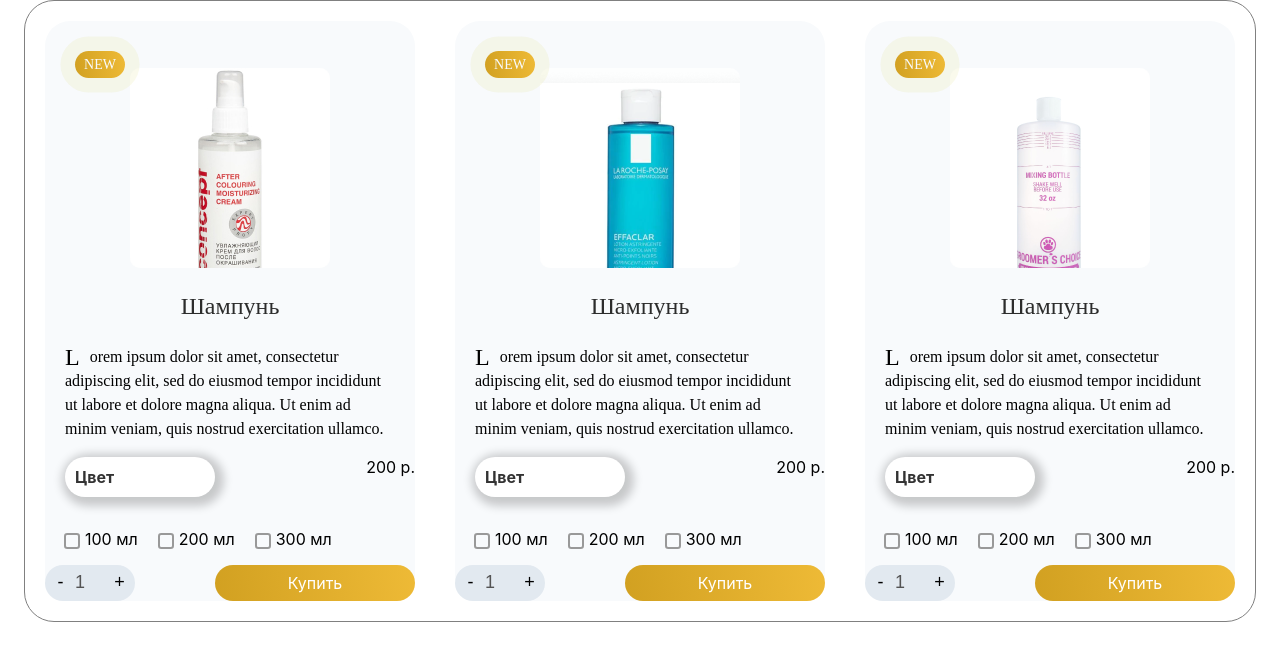
Repository: MiroslavWise/shamptu
Page: /
An editor plug-in stored every save of this project. The page is shown before and after the next save, followed by the edit.
The browser window is 1280 px wide. The pictures show the whole page.
The project was rebuilt for these pictures with package versions that can differ from the ones it lists, and the page was loaded fresh each time. Also part of the build but not shown: src/App.css.

Above is the page before, as saved 2022-02-17 18:02:24.

### public/index.html
<!DOCTYPE html>
<html lang="en">
  <head>
    <meta charset="utf-8" />
    <meta name="viewport" content="width=device-width, initial-scale=1" />
    <meta name="theme-color" content="#000000" />
    <meta
      name="description"
      content="Web site created using create-react-app"
    />
    <link rel="manifest" href="%PUBLIC_URL%/manifest.json" />

    <title>React App</title>
  </head>
  <body>
    <noscript>You need to enable JavaScript to run this app.</noscript>
    <div id="root"></div>
  </body>
</html>

### src/index.css
body {
  margin: 0;
  font-family: -apple-system, BlinkMacSystemFont, 'Segoe UI', 'Roboto', 'Oxygen',
    'Ubuntu', 'Cantarell', 'Fira Sans', 'Droid Sans', 'Helvetica Neue',
    sans-serif;
  -webkit-font-smoothing: antialiased;
  -moz-osx-font-smoothing: grayscale;
  display: flex;
  align-items: center;
  justify-content: center;
}

code {
  font-family: source-code-pro, Menlo, Monaco, Consolas, 'Courier New',
    monospace;
}

### src/App.js

import 'App.css';
import Items from 'components/Items';

function App() {
  return (
   <Items />
  );
}

export default App;

### src/components/Items.jsx
import jpg from 'picture/1.jpg'
import png2 from 'picture/2.png'
import png3 from 'picture/3.png'

import './style.css'
import SpamItem from './items/SpamItem'
const Items = () => {
    return (
        <div className="big__container">
            <SpamItem image={jpg}/>
            <SpamItem image={png2}/>
            <SpamItem image={png3}/>
        </div>
    )
}

export default Items

### src/components/style.css
.big__container {
    display: grid;
    grid-template-columns: repeat(3, 1fr);
    background: #FFFFFF;
    border-radius: 30px;
    border: 1px gray solid;
}

### src/components/items/SpamItem.jsx

import { useState, useEffect } from 'react'
import './style.css'
import DropDown from './DropDown'


const ShamItem = ({image}) => {
    const [selected, setSelected] = useState('Цвет')

    const [prise, setPrise] = useState(200)
    const [total, setTotal] = useState(1)
    const [volume, setVolume] = useState(100)

    useEffect(()=>{
        setPrise((volume*2)*total)
    }, [volume, total])
    console.log(prise)
    console.log(volume)
    return (
        <div className="container">
            <div className='container-flex'>
            <div className='new'>NEW</div>
            <div className='image-line'>
                <div className='image'>
                    <img src={image} alt='qwer'/>
                </div>
            </div>
            </div>
            <p className='text'>Шампунь</p>
            <p className='text_about'>Lorem ipsum dolor sit amet, consectetur adipiscing elit, sed do eiusmod tempor incididunt ut labore et dolore magna aliqua. Ut enim ad minim veniam, quis nostrud exercitation ullamco.</p>
            <div className='block-info'>
                <div className='col-pri'>
                    <DropDown selected={selected} setSelected={setSelected} />
                    <div className='prise'>{prise} р.</div>
                </div>
                <div className='volume'></div>
                <form>
                        <fieldset>
                                <input className='radio' type="radio" id="contactChoice1"
                                    name="contact" value={volume} onClick={()=> setVolume(100)} autofocus/>
                                <label for="contactChoice1">100 мл</label>
                                <input className='radio' type="radio" id="contactChoice2"
                                    name="contact" value={200} onClick={()=> setVolume(200)}/>
                                <label for="contactChoice2">200 мл</label>
                                <input className='radio' type="radio" id="contactChoice3"
                                    name="contact" value={300} onClick={()=> setVolume(300)}/>
                                <label for="contactChoice3">300 мл</label>
                        </fieldset>
                </form>
                <div className='footer'>
                    <div className='quantity'>
                    <div class="input-group quantity_goods">
                        <input type="button" value="-" id="button_minus" onClick={()=>{
                             if(total>1){
                             setTotal(total-1)}
                             }}/>
                        <input type="number" min={1} max={1000} id="num_count" name="quantity" value={total} title="Qty" disabled/>
                        <input type="button" value="+" id="button_plus" onClick={()=> setTotal(total+1)}/>
                    </div>
                    </div>
                    <div className='button'><button className='button-pay' onClick={()=>alert(
`Спасибо за покупку!
С вас ${prise} рублей!`)}>Купить</button></div>
                </div>
            </div>
        </div>

    )
}

export default ShamItem

### src/components/items/style.css

input::-webkit-outer-spin-button,
input::-webkit-inner-spin-button {
    /* display: none; <- Crashes Chrome on hover */
    -webkit-appearance: none;
    margin: 0; /* <-- Apparently some margin are still there even though it's hidden */
}

.new{
    position:relative;
    left: 30px;
    top: 30px;
    background: linear-gradient(261.65deg, #EFBB37 -3.95%, #CF9E1F 109.44%);
    box-shadow: 0px 0px 15px rgba(0, 0, 0, 0.1);
    border-radius: 30px;
    width: 40px;
    padding: 5px;
    color: #F8FAFC;
    font-family: 'SF UI';
    font-style: normal;
    font-weight: 500;
    font-size: 14px;
    line-height: 17px;
    text-align: center;
    animation: pulse 1000ms infinite;
    z-index: 999;
}

@keyframes pulse {
    0%{
        box-shadow: #c3c52b 0 0 0 0;
    }
    75%{
        box-shadow: #ff69b400 0 0 0 16px
    }
}

.container{
    width: 370px;
    margin: 20px;
    background: #F8FAFC;
    border-radius: 25px;
}

.image-line {
    width: 200px;
    height: 200px;
    background-color: rgba(255, 255, 255, 0.775);
    margin: 20px auto;
    border-radius: 10px;
    overflow: hidden;
}

.image {
    height: auto;
    width: auto;
    position: relative;
    transition: all .4s ease-in-out;
    display: flex;
    justify-content: center;
    align-items: center;
    justify-items: center;
}

.image:hover {
    cursor: pointer;

}
.image img {
    -moz-transition: all 0.6s ease-out;
    -o-transition: all 0.6s ease-out;
    -webkit-transition: all 0.6s ease-out;
    }

   .image img:hover{
    -webkit-transform: scale(1.3);
    -moz-transform: scale(1.3);
    -o-transform: scale(1.3);
    }

.text{
    font-family: 'SF UI Display';
    font-size: 24px;
    font-style: normal;
    font-weight: 500;
    line-height: 29px;
    letter-spacing: 0em;
    text-align: center;
    color: #2C2C2C;
}

.text_about {
    font-family: 'SF UI Display';
    font-size: 16px;
    font-style: normal;
    font-weight: 400;
    line-height: 24px;
    letter-spacing: 0em;
    text-align: left;
    padding: 0 20px 0 20px;
}
.text_about::first-letter{
    font-size: 1.5rem;
    float: left;
    margin-right: 10px;
}

.block-info{
    display: flex;
    flex-direction: column;
}

.col-pri{
    display: flex;
}

input {
    width: 25px;

}

.quantity{
    background: #E2E9F0;
    border-radius: 30px;
    width: 90px;
}

.footer{
    display: flex;
    flex-direction: row;
    justify-content: space-between;
}

.col-pri{
    display: flex;
    flex-direction: row;
    justify-content: space-between;
}
.col-pri:first-child{
    margin-left: 20px;
}
.col-pri:last-child{
    margin-right: 50px;
}


.button-pay {
    z-index: 1;
    position: relative;
    font-size: inherit;
    font-family: inherit;
    color: white;
    padding: 0.5em 1em;
    outline: none;
    border: none;
    background: linear-gradient(261.65deg, #EFBB37 -3.95%, #CF9E1F 109.44%);
    overflow: hidden;
    transition: color 0.4s ease-in-out;
    width: 200px;
    border-radius: 100px;
  }

  .button-pay::before {
    content: '';
    z-index: -1;
    position: absolute;
    top: 50%;
    left: 50%;
    width: 1em;
    height: 1em;
    border-radius: 50%;
    background-color: #ffe23c;
    transform-origin: center;
    transform: translate3d(-50%, -50%, 0) scale3d(0, 0, 0);
    transition: transform 0.5s ease-in-out;
  }

  .button-pay:hover {
    cursor: pointer;
    color: #161616;
  }

  .button-pay:hover::before {
      transition: all 2s;
    transform: translate3d(-50%, -50%, 0) scale3d(15, 15, 15);
  }

.dropdown{
    width: 150px;
    margin: 0 0;
    position: relative;
    cursor: pointer;
    user-select: none;
    transition: all 1s;
}

.dropdown-btn{
    padding: 10px;
    background: #fff;
    box-shadow: 3px 3px 10px 6px rgba(0, 0, 0, 0.2);
    border-radius: 50px;
    font-weight: bold;
    color: #333;
    display: flex;
    align-items: center;
    justify-content: space-between;
    margin-bottom: 20px;
    cursor: pointer;
    transition: 1s;
}

.dropdown-content{
    position: absolute;
    top: 40%;
    width: 80%;
    padding: 10px;
    background-color: rgba(255, 255, 255, 0);
    font-weight: 500;
    color: #333;
    left: 0;
    cursor: pointer;
    transition: 1s;
}

.dropdown-item{
    padding: 5px;
    transition: all 0.2s;
    border-radius: 50px;
    transition: 1s;
}
.dropdown-item:hover{
    background-color: #cacacaad;
    transition: 1s;
}

.volume:first-of-type{
    display: flex;
    align-items: flex-start;
    margin-bottom: 5px;
}

label {
    margin-right: 15px;
    line-height: 32px;
  }

  .radio {
    -webkit-appearance: none;
    -moz-appearance: none;
    appearance: none;

    border-radius: 20%;
    width: 16px;
    height: 16px;

    border: 2px solid #999;
    transition: 0.2s all linear;
    outline: none;
    margin-right: 5px;

    position: relative;
    top: 4px;
  }

  .radio:checked {
    border: 6px solid rgb(211, 129, 7);
  }

  button,
  legend {
    color: white;
    background-color: rgb(186, 13, 13);
    padding: 5px 10px;
    border-radius: 0;
    border: 0;
    font-size: 14px;
  }

  button:hover,
  button:focus {
    color: #999;
  }

  button:active {
    background-color: white;
    color: rgb(206, 118, 4);
    outline: 1px solid black;
  }

  fieldset{
      border: none;
  }

  .input-group {
      align-items: center;
      justify-content: center;
  }
  .quantity{
      display: flex;
      align-items: center;
      justify-content: center;
  }

  input{
      height: 25px;
      background: rgba(0, 0, 0, 0);
      border: none;
      position: relative;
      font-size: large;
  }
  #num_count{
      width: 30px;
  }

### src/components/items/DropDown.jsx
import './style.css'
import { useState } from 'react'

const DropDown = ({selected, setSelected}) => {
    const [isActive, setIsActive] = useState(false)
    const option = ['Красный', "Синий", "Зелёный"]
    return (
        <div className="dropdown">
            <div className="dropdown-btn" onMouseOver={()=> setIsActive(!isActive)} >{selected}</div>
                            {
                            isActive
                            &&
                            ( <din className='dropdown-content'>
                                {option.map((item, i)=>{
                                    return(
                                        <div onClick={() => {
                                            setSelected(item)
                                            setIsActive(false)
                                        }
                                        } key={i} className="dropdown-item" >
                                        {item}
                                        </div>
                                    )
                                })}
                        </din>)}

        </div>
    )
}

export default DropDown
//onMouseLeave={()=> setIsActive(false)}

Loaded but not shown: src/index.js (common file); src/reportWebVitals.js (common file)

After the next save:
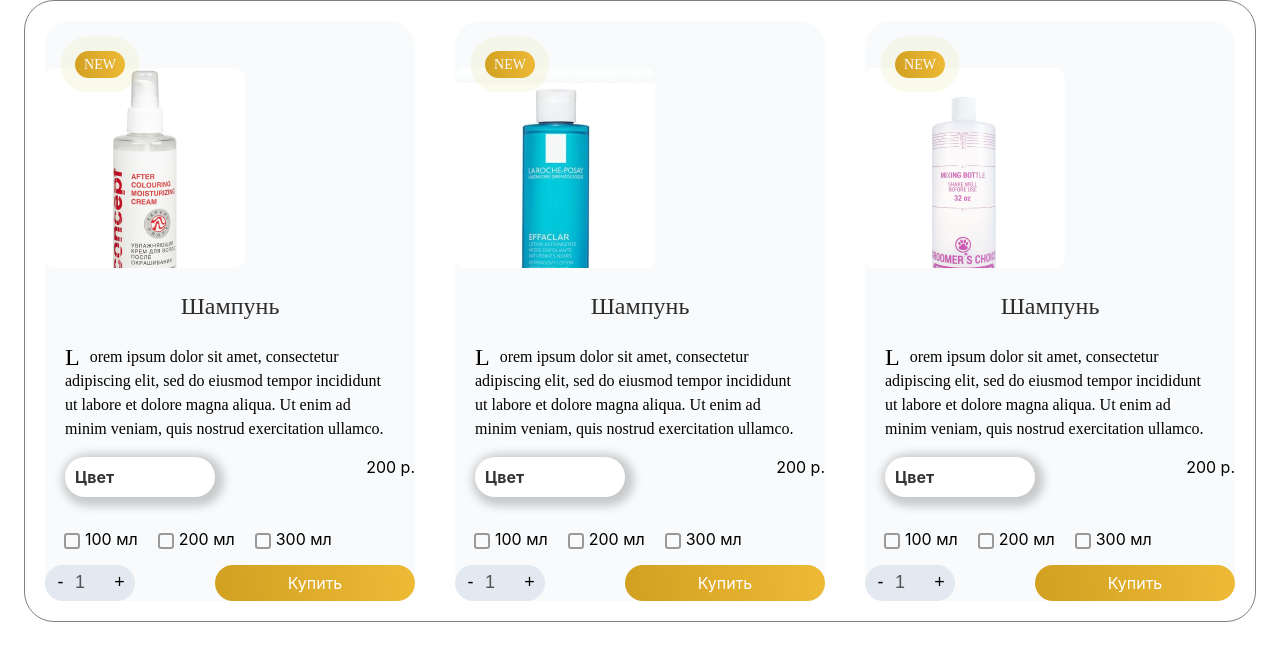
Saved 2 min 46 s later.
--- a/src/components/items/style.css
+++ b/src/components/items/style.css
@@ -46,7 +46,7 @@
     width: 200px;
     height: 200px;
     background-color: rgba(255, 255, 255, 0.775);
-    margin: 20px auto;
+    margin: 20px 0;
     border-radius: 10px;
     overflow: hidden;
 }

After the save that followed:
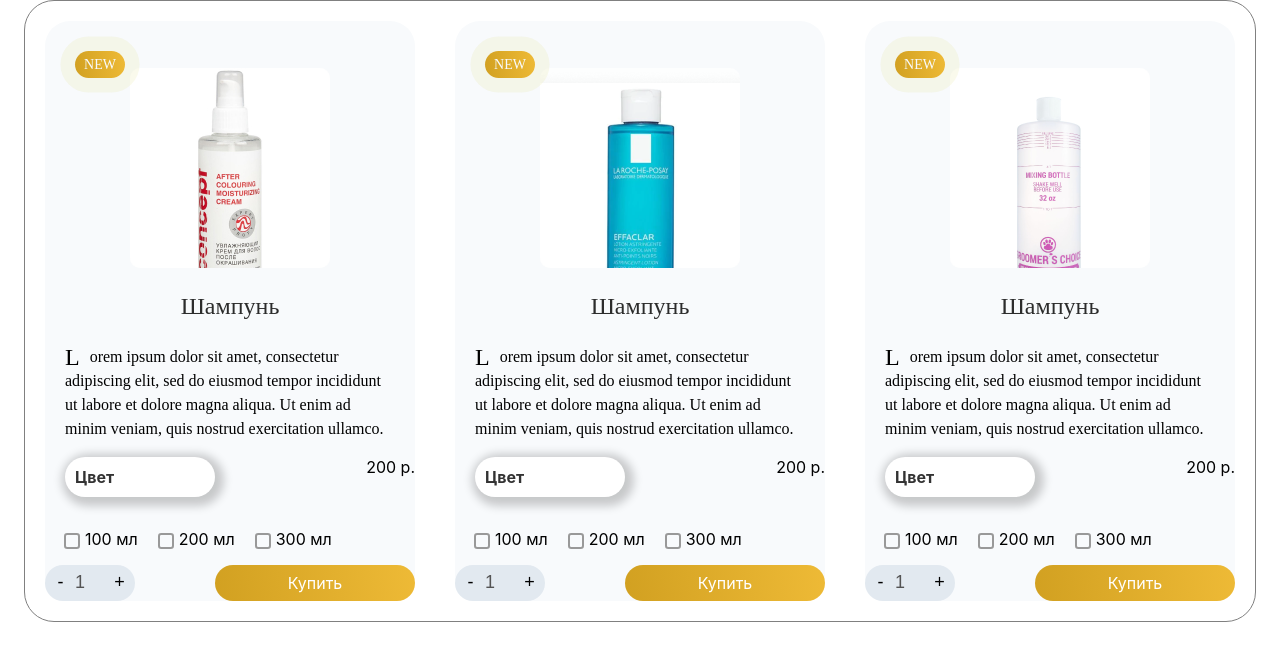
Saved 6 s later.
--- a/src/components/items/style.css
+++ b/src/components/items/style.css
@@ -46,7 +46,7 @@
     width: 200px;
     height: 200px;
     background-color: rgba(255, 255, 255, 0.775);
-    margin: 20px 0;
+    margin: 20px auto;
     border-radius: 10px;
     overflow: hidden;
 }
